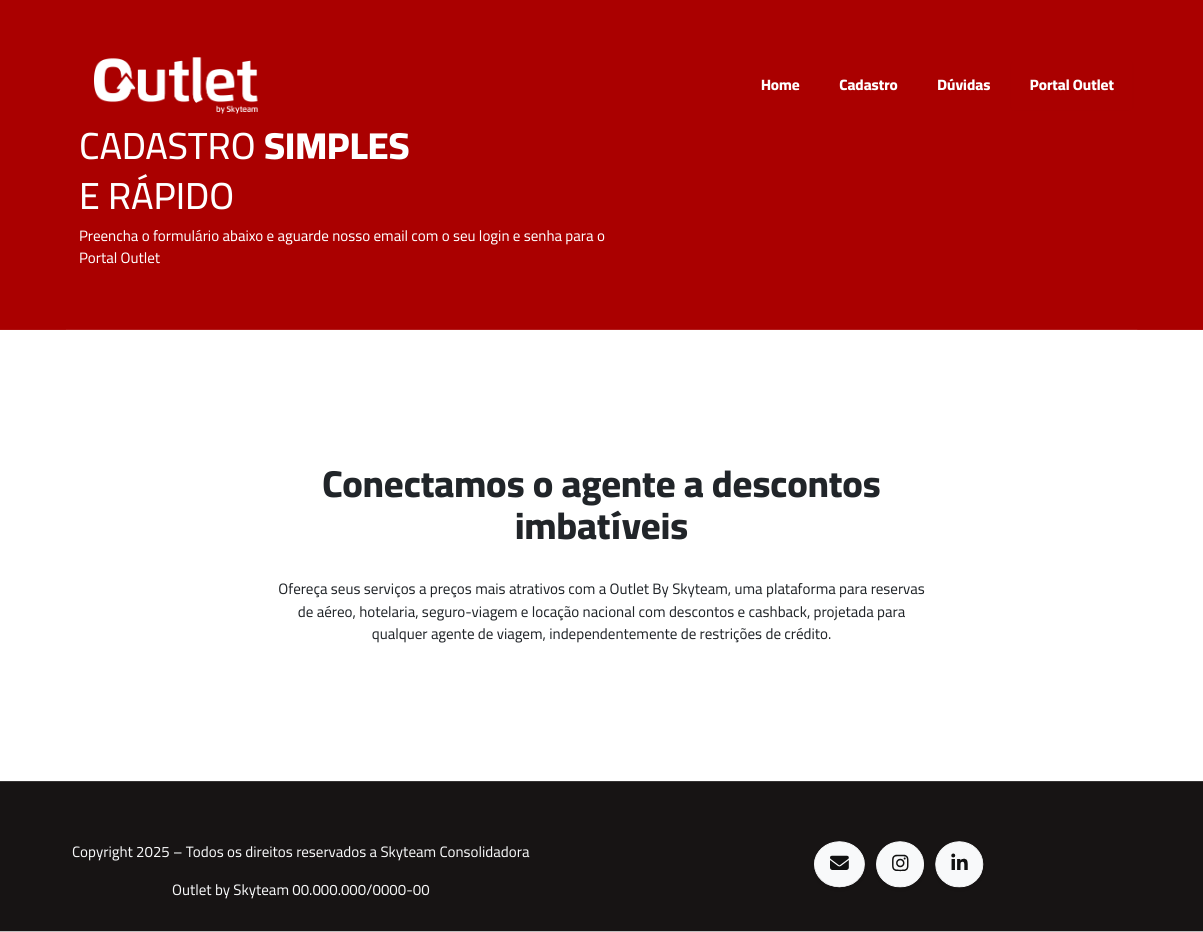
Repository: SkyTeam-Dev/Outlet_Site
Page: Site/Template_Page.html
An editor plug-in stored every save of this project. The page is shown before and after the next save, followed by the edit.
The browser window is 1280 px wide. The pictures show the whole page, at 94% of full size.
Some web libraries are served in a nearby version.

Above is the page before, as saved 2025-03-25 13:23:38.

After the next save:
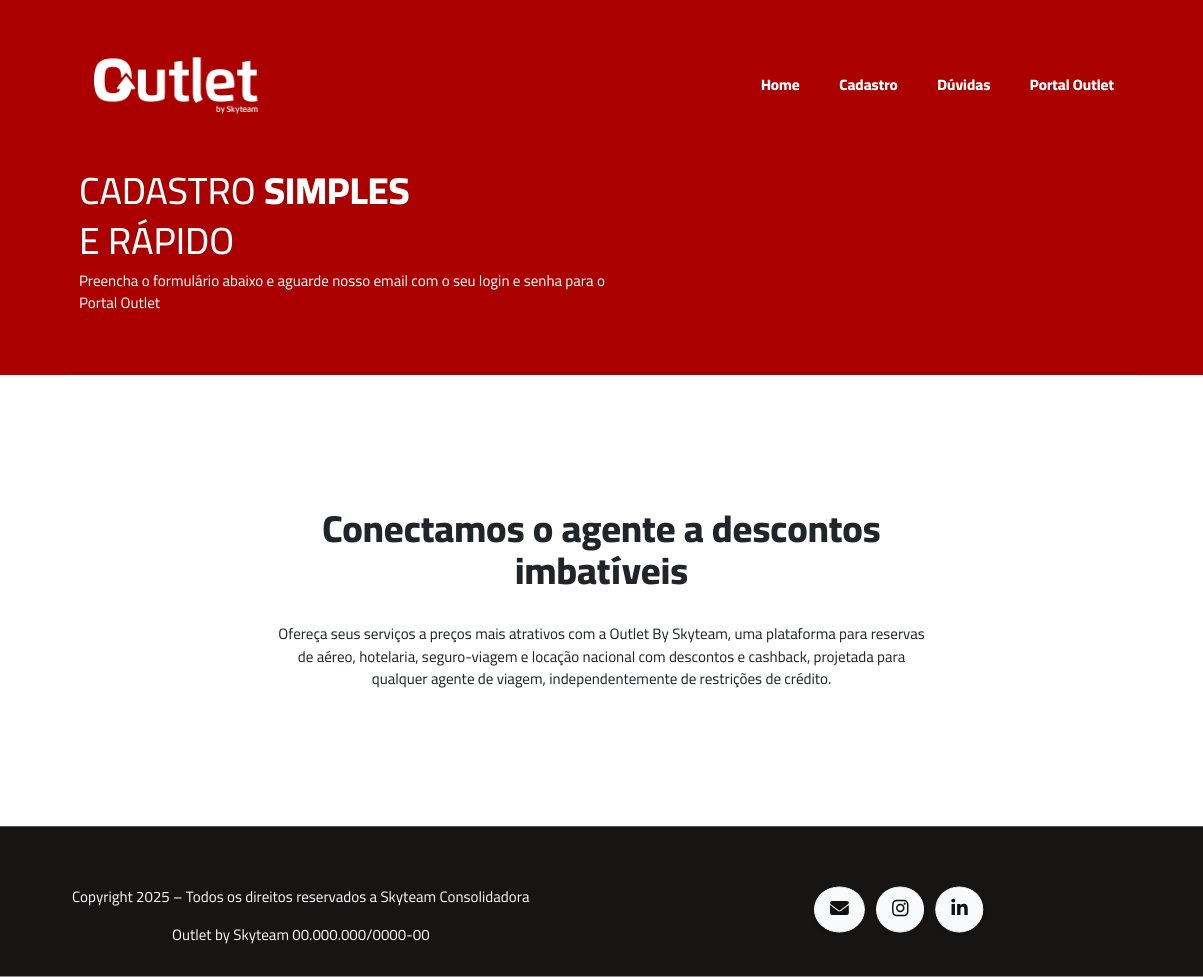
Saved 13 s later.
--- a/Site/Template_Page.html
+++ b/Site/Template_Page.html
@@ -224,7 +224,7 @@
                     </div>
                 </nav>
 
-                <div class="col-6 ml-3">
+                <div class="col-6 ml-3 mt-5">
                     <h1 class="text-white">CADASTRO <span class="font-weight-bold">SIMPLES</span></h1>
                     <h1 class="text-white">E RÁPIDO</h1>
                     <p class="text-white">Preencha o formulário abaixo e aguarde nosso email com
